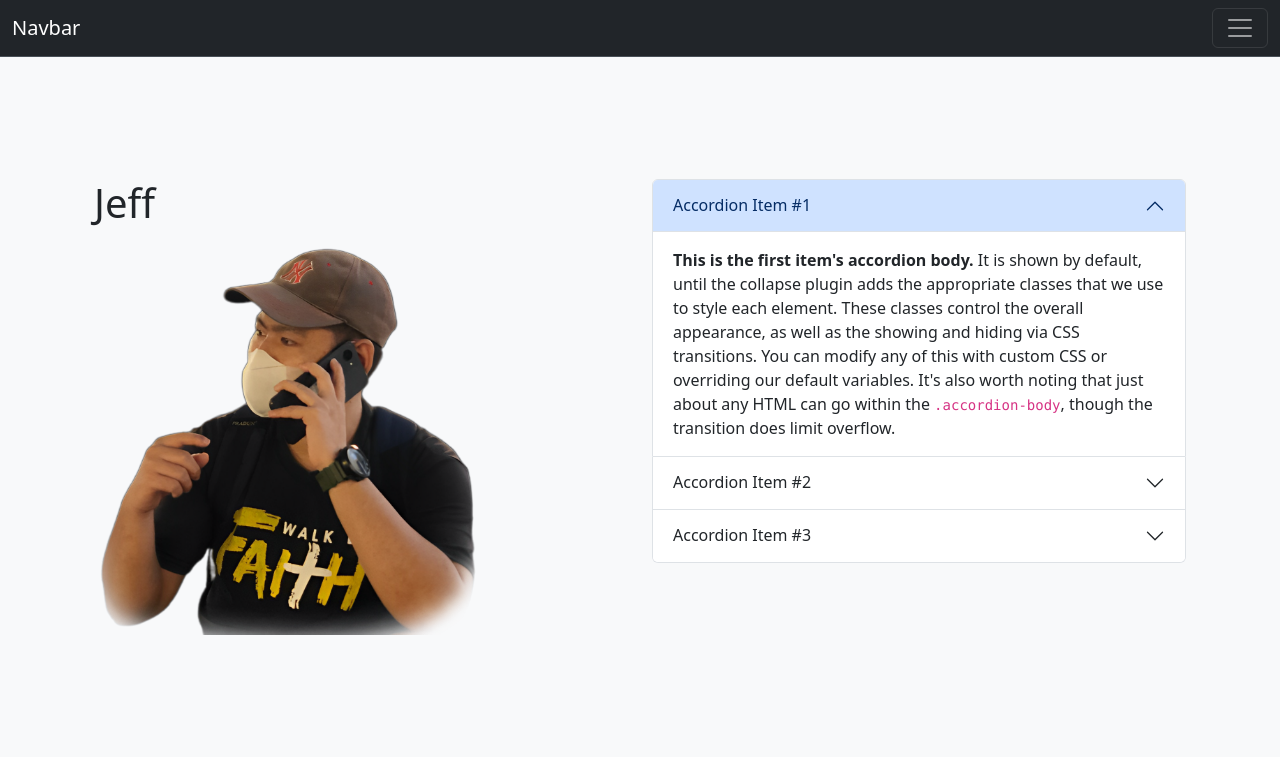
Repository: Shin-da/jeffmathew-portfolio
Page: index.html
These files come from the project's save history. The page is drawn as it stood at one moment and after the next save; the edit follows.
The browser window is 1280 px wide. The pictures show the whole page.

Above is the page before, as saved 2023-10-07 17:19:44.

After the next save:
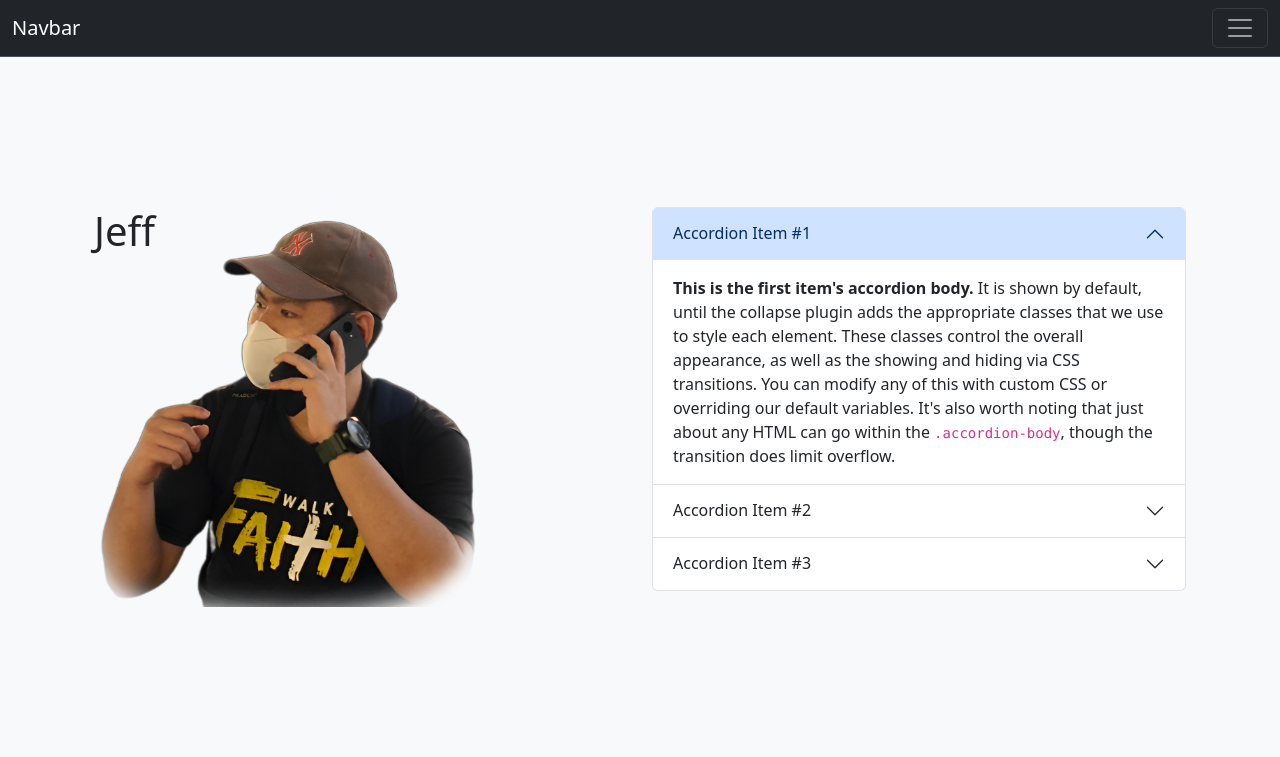
Saved 42 s later.
--- a/index.html
+++ b/index.html
@@ -39,7 +39,7 @@
     <div class="container-fluid d-flex justify-content-center align-items-center bg-light p-5" style="height: 700px;">
       <div class="container d-flex flex-row">
         <div class="container">
-          <div class="name"> <h1>Jeff </h1> </div>
+          <div class="position-absolute name"> <h1>Jeff </h1> </div>
           <img src="jef.png" alt="user's picture" width="400px">
         </div>
         <div class="container">
